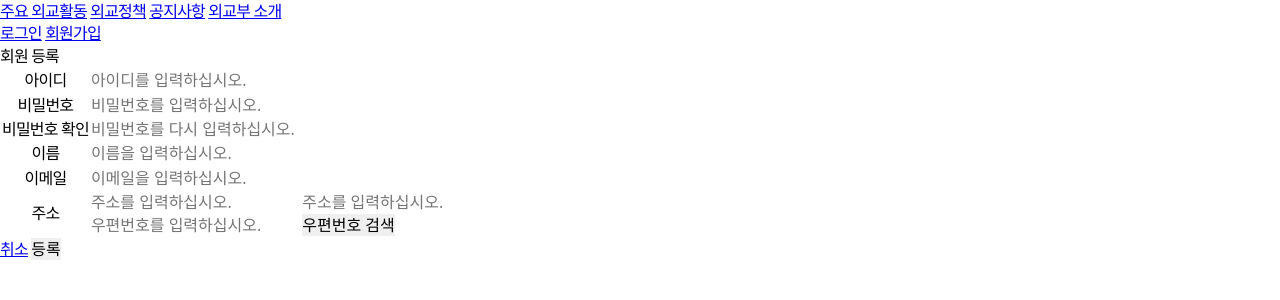
Repository: dllgkdud/pro07
Page: http://localhost/pro07/WEB-INF/views/users/add.jsp
The author's editor kept a copy of each file at every save. The page is drawn from the files as they stood at one save, then again after the next save.
The browser window is 1280 px wide. The pictures show the whole page.
Some web fonts or font styles are not loaded; a fallback is used. The page is served by Tomcat 9. Nobody is signed in. Other server files are loaded and not shown. The template is opened directly, without the code that normally fills it, so the values that code supplies are empty.

Above is the page before, as saved 2022-12-30 04:57:51.

### pro07/src/main/webapp/WEB-INF/views/users/add.jsp
<%@ page language="java" contentType="text/html; charset=UTF-8"
    pageEncoding="UTF-8"%>
<%@ taglib prefix="c" uri="http://java.sun.com/jsp/jstl/core"  %>
<%@ taglib prefix="fmt" uri="http://java.sun.com/jsp/jstl/fmt" %>
<%@ taglib prefix="fn" uri = "http://java.sun.com/jsp/jstl/functions" %>
<c:set var="path1" value="${pageContext.request.contextPath }" />
<!DOCTYPE html>
<html>
<head>
	<meta charset="UTF-8">
    <meta http-equiv="X-UA-Compatible" content="IE=edge">
    <meta name="viewport" content="width=device-width, initial-scale=1.0, user-scalable=no">
	<title>회원 등록 | 외교부</title>
	<jsp:include page="../common/head.jsp"></jsp:include>
</head>
<body>
<header><jsp:include page="../common/header.jsp"></jsp:include></header>
	<h2>회원 등록</h2>
	<!-- action="${path1 }/notice/add.do" method="post" -->
	<form >
		<table class="table">
			<tr>
				<th>아이디</th>
				<td>
					<input type="text" name="id" id="id" placeholder="아이디를 입력하십시오." required>
				</td>
			</tr>
			<tr>
				<th>비밀번호</th>
				<td><input type="password" name="pw" id="pw" placeholder="비밀번호를 입력하십시오." required></td>
			</tr>
			<tr>
				<th>비밀번호 확인</th>
				<td><input type="password" name="pw2" id="pw2" placeholder="비밀번호를 다시 입력하십시오." required></td>
			</tr>
			<tr>
				<th>이름</th>
				<td><input type="text" name="name" id="name" placeholder="이름을 입력하십시오." required></td>
			</tr>
			<tr>
				<th>이메일</th>
				<td><input type="email" name="email" id="email" placeholder="이메일을 입력하십시오." required></td>
			</tr>
			<tr>
				<th>주소</th>
				<td>
					<input type="text" name="address" id="address" placeholder="주소를 입력하십시오." required>
					<input type="text" name="address2" id="address2" placeholder="주소를 입력하십시오." required><br>
					<input type="text" name="postcode" id="postcode" placeholder="우편번호를 입력하십시오." required>
					<button id="button" onclick="findAddr()" class="button">우편번호 검색</button>
				</td>
			</tr>
		</table>
		<div class="button_group">
			<a href="${path1 }/users/list" class="reset_btn">취소</a>
			<input type="submit" class="submit_btn" value="등록">
		</div>
	</form>
</body>
</html>

### pro07/src/main/webapp/WEB-INF/views/common/head.jsp
<%@ page language="java" contentType="text/html; charset=UTF-8"
    pageEncoding="UTF-8"%>

    <!-- open graph -->
    <meta name="author" content="외교부" />
	<meta name="keywords" content="외교부,외교부,여권,비자,재외공관" />
	<meta name="description" content="외교부 홈페이지에 오신것을 환영합니다." />
	<meta property="og:type" content="website" />
	<meta property="og:title" content="외교부" />
	<meta property="og:site_name" content="외교부" />
	<meta property="og:description" content="외교부" />
	<meta property="og:url" content="https://dllgkdud.github.io/web07" />
	<meta property="og:image" content="http://localhost:8097/mofa/resources/assets/siteimg.png" />

	<!-- absolute path -->
	<link rel="shortcut icon" href="http://localhost:8097/mofa/resources/assets/icon/favicon.ico">
    <link rel="icon" type="image/png" href="http://localhost:8097/mofa/resources/assets/icon/favicon-16X16.png" sizes="16x16">
    <link rel="icon" type="image/png" href="http://localhost:8097/mofa/resources/assets/icon/favicon-32X32.png" sizes="32x32">
    <link rel="icon" type="image/png" href="http://localhost:8097/mofa/resources/assets/icon/favicon-48X48.png" sizes="48x48">

	<link rel="stylesheet" href="http://localhost:8097/mofa/resources/assets/css/default.css" type="text/css">
	<link rel="stylesheet" href="http://localhost:8097/mofa/resources/assets/css/main.css" type="text/css">

### pro07/src/main/webapp/WEB-INF/views/common/header.jsp
<%@ page language="java" contentType="text/html; charset=UTF-8"
    pageEncoding="UTF-8"%>
<%@ taglib prefix="c" uri="http://java.sun.com/jsp/jstl/core"  %>
<%@ taglib prefix="fmt" uri="http://java.sun.com/jsp/jstl/fmt" %>
<%@ taglib prefix="fn" uri = "http://java.sun.com/jsp/jstl/functions" %>
<c:set var="path1" value="${pageContext.request.contextPath }" />
<header>
	<div class="gnb">
		<a href="#">주요 외교활동</a>
		<a href="#">외교정책</a>
		<a href="${path1 }/notice/list">공지사항</a>
		<a href="#">외교부 소개</a>
	</div>
	<div class="tnb">
		<a href="#">로그인</a>
		<a href="${path1 }/user/add">회원가입</a>
	</div>
</header>

### pro07/src/main/webapp/resources/assets/css/default.css
/*# sourceURL=resources/assets/css/default.css */
@charset "UTF-8";

/* font */
/* bebas-neue-regular - latin-ext_latin */
@font-face { font-family: 'Bebas Neue'; font-style: normal; font-weight: 400; src: url("/www-new/css/../fonts/bebas-neue-v2-latin-ext_latin-regular.eot"); /* IE9 Compat Modes */ src: local(""), url("/www-new/css/../fonts/bebas-neue-v2-latin-ext_latin-regular.eot?#iefix") format("embedded-opentype"), url("/www-new/css/../fonts/bebas-neue-v2-latin-ext_latin-regular.woff2") format("woff2"), url("/www-new/css/../fonts/bebas-neue-v2-latin-ext_latin-regular.woff") format("woff"), url("/www-new/css/../fonts/bebas-neue-v2-latin-ext_latin-regular.ttf") format("truetype"), url("/www-new/css/../fonts/bebas-neue-v2-latin-ext_latin-regular.svg#BebasNeue") format("svg"); /* Legacy iOS */ }

/* playfair-display-regular - latin */
@font-face { font-family: 'Playfair Display'; font-style: normal; font-weight: 400; src: url("/www-new/css/../fonts/playfair-display-v22-latin-regular.eot"); /* IE9 Compat Modes */ src: local(""), url("/www-new/css/../fonts/playfair-display-v22-latin-regular.eot?#iefix") format("embedded-opentype"), url("/www-new/css/../fonts/playfair-display-v22-latin-regular.woff2") format("woff2"), url("/www-new/css/../fonts/playfair-display-v22-latin-regular.woff") format("woff"), url("/www-new/css/../fonts/playfair-display-v22-latin-regular.ttf") format("truetype"), url("/www-new/css/../fonts/playfair-display-v22-latin-regular.svg#PlayfairDisplay") format("svg"); /* Legacy iOS */ }
@font-face { font-family: 'Playfair Display'; font-style: normal; font-weight: 500; src: url("/www-new/css/../fonts/playfair-display-v22-latin-500.eot"); /* IE9 Compat Modes */ src: local(""), url("/www-new/css/../fonts/playfair-display-v22-latin-500.eot?#iefix") format("embedded-opentype"), url("/www-new/css/../fonts/playfair-display-v22-latin-500.woff2") format("woff2"), url("/www-new/css/../fonts/playfair-display-v22-latin-500.woff") format("woff"), url("/www-new/css/../fonts/playfair-display-v22-latin-500.ttf") format("truetype"), url("/www-new/css/../fonts/playfair-display-v22-latin-500.svg#PlayfairDisplay") format("svg"); /* Legacy iOS */ }
@font-face { font-family: 'Playfair Display'; font-style: normal; font-weight: 600; src: url("/www-new/css/../fonts/playfair-display-v22-latin-600.eot"); /* IE9 Compat Modes */ src: local(""), url("/www-new/css/../fonts/playfair-display-v22-latin-600.eot?#iefix") format("embedded-opentype"), url("/www-new/css/../fonts/playfair-display-v22-latin-600.woff2") format("woff2"), url("/www-new/css/../fonts/playfair-display-v22-latin-600.woff") format("woff"), url("/www-new/css/../fonts/playfair-display-v22-latin-600.ttf") format("truetype"), url("/www-new/css/../fonts/playfair-display-v22-latin-600.svg#PlayfairDisplay") format("svg"); /* Legacy iOS */ }

/* eb-garamond-regular - latin */
@font-face { font-family: 'EB Garamond'; font-style: normal; font-weight: 400; src: url("/www-new/css/../fonts/eb-garamond-v15-latin-regular.eot"); /* IE9 Compat Modes */ src: local(""), url("/www-new/css/../fonts/eb-garamond-v15-latin-regular.eot?#iefix") format("embedded-opentype"), url("/www-new/css/../fonts/eb-garamond-v15-latin-regular.woff2") format("woff2"), url("/www-new/css/../fonts/eb-garamond-v15-latin-regular.woff") format("woff"), url("/www-new/css/../fonts/eb-garamond-v15-latin-regular.ttf") format("truetype"), url("/www-new/css/../fonts/eb-garamond-v15-latin-regular.svg#EBGaramond") format("svg"); /* Legacy iOS */ }
@font-face { font-family: 'EB Garamond'; font-style: normal; font-weight: 500; src: url("/www-new/css/../fonts/eb-garamond-v15-latin-500.eot"); /* IE9 Compat Modes */ src: local(""), url("/www-new/css/../fonts/eb-garamond-v15-latin-500.eot?#iefix") format("embedded-opentype"), url("/www-new/css/../fonts/eb-garamond-v15-latin-500.woff2") format("woff2"), url("/www-new/css/../fonts/eb-garamond-v15-latin-500.woff") format("woff"), url("/www-new/css/../fonts/eb-garamond-v15-latin-500.ttf") format("truetype"), url("/www-new/css/../fonts/eb-garamond-v15-latin-500.svg#EBGaramond") format("svg"); /* Legacy iOS */ }
@font-face { font-family: 'EB Garamond'; font-style: normal; font-weight: 600; src: url("/www-new/css/../fonts/eb-garamond-v15-latin-600.eot"); /* IE9 Compat Modes */ src: local(""), url("/www-new/css/../fonts/eb-garamond-v15-latin-600.eot?#iefix") format("embedded-opentype"), url("/www-new/css/../fonts/eb-garamond-v15-latin-600.woff2") format("woff2"), url("/www-new/css/../fonts/eb-garamond-v15-latin-600.woff") format("woff"), url("/www-new/css/../fonts/eb-garamond-v15-latin-600.ttf") format("truetype"), url("/www-new/css/../fonts/eb-garamond-v15-latin-600.svg#EBGaramond") format("svg"); /* Legacy iOS */ }
@font-face { font-family: 'EB Garamond'; font-style: normal; font-weight: 700; src: url("/www-new/css/../fonts/eb-garamond-v15-latin-700.eot"); /* IE9 Compat Modes */ src: local(""), url("/www-new/css/../fonts/eb-garamond-v15-latin-700.eot?#iefix") format("embedded-opentype"), url("/www-new/css/../fonts/eb-garamond-v15-latin-700.woff2") format("woff2"), url("/www-new/css/../fonts/eb-garamond-v15-latin-700.woff") format("woff"), url("/www-new/css/../fonts/eb-garamond-v15-latin-700.ttf") format("truetype"), url("/www-new/css/../fonts/eb-garamond-v15-latin-700.svg#EBGaramond") format("svg"); /* Legacy iOS */ }

/* Noto Sans */
@font-face { font-family: 'Noto Sans'; font-weight: 200; font-style: normal; src: url("/www-new/css/../fonts/NotoSansKR-Light.eot"); src: local(��), url("/www-new/css/../fonts/NotoSansKR-Light.eot#iefix") format("embedded-opentype"), url("/www-new/css/../fonts/NotoSansKR-Light.woff") format("woff"), url("/www-new/css/../fonts/NotoSansKR-Light.otf") format("opentype"); }
@font-face { font-family: 'Noto Sans'; font-weight: 300; font-style: normal; src: url("/www-new/css/../fonts/NotoSansKR-DemiLight.eot"); src: local(��), url("/www-new/css/../fonts/NotoSansKR-DemiLight.eot#iefix") format("embedded-opentype"), url("/www-new/css/../fonts/NotoSansKR-DemiLight.woff") format("woff"), url("/www-new/css/../fonts/NotoSansKR-DemiLight.otf") format("opentype"); }
@font-face { font-family: 'Noto Sans'; font-weight: 400; font-style: normal; src: url("/www-new/css/../common/fonts/NotoSansKR-Regular.eot"); src: local(��), url("/www-new/css/../fonts/NotoSansKR-Regular.eot#iefix") format("embedded-opentype"), url("/www-new/css/../fonts/NotoSansKR-Regular.woff") format("woff"), url("/www-new/css/../fonts/NotoSansKR-Regular.otf") format("opentype"); }
@font-face { font-family: 'Noto Sans'; font-weight: 500; font-style: normal; src: url("/www-new/css/../fonts/NotoSansKR-Medium.eot"); src: local(��), url("/www-new/css/../fonts/NotoSansKR-Medium.eot#iefix") format("embedded-opentype"), url("/www-new/css/../fonts/NotoSansKR-Medium.woff") format("woff"), url("/www-new/css/../fonts/NotoSansKR-Medium.otf") format("opentype"); }
@font-face { font-family: 'Noto Sans'; font-weight: 700; font-style: normal; src: url("/www-new/css/../fonts/NotoSansKR-Bold.eot"); src: local(��), url("/www-new/css/../fonts/NotoSansKR-Bold.eot#iefix") format("embedded-opentype"), url("/www-new/css/../fonts/NotoSansKR-Bold.woff") format("woff"), url("/www-new/css/../fonts/NotoSansKR-Bold.otf") format("opentype"); }

/* reset.css */
html, body, div, span, iframe, h1, h2, h3, h4, h5, h6, p, a, abbr, address, em, img, small, strike, strong, sub, sup, var, b, u, i, center, dl, dt, dd, ul, ol, li, form, fieldset, legend, label, input, button, select, textarea, header, main, footer, section, article, aside, menu, nav, table, tbody, tfoot, thead, tr, th, td { margin: 0; padding: 0; border: 0; font-size: 100%; font: inherit; -webkit-box-sizing: border-box; box-sizing: border-box; }
html, body { width: 100%; height: 100%; }
body { font-size: 16px; line-height: 1.4; color: #000; letter-spacing: -0.05em; font-family: 'Open Sans','Noto Sans','sans-serif'; }


/* header */
.header {height: 145px;position: absolute;left: 0;top: 0;overflow: hidden;z-index: 100;background-color: #fff;width: 100%;}
.header:after { content: ''; display: block; clear: both; }
.header:before {position: absolute;left: 0;top: 146px;bottom: 0;width: 400px;height: calc(100% - 144px);background: #14296c url("/www-new/css/../images/common/bg_gnb.jpg") no-repeat right top/100% auto;content: '';}
.header .top_menu {width: 100%;height: 60px;margin: 0 auto;display: flex;align-items: center;justify-content: space-between;font-size: 12px; line-height: 30px; font-family: "Noto Sans", "sans-serif";/* border-bottom: 1px solid; */}
.header .top_menu:after { content: ''; display: block; clear: both; }

/* footer */

### pro07/src/main/webapp/resources/assets/css/main.css
/*# sourceURL=resources/assets/css/main.css */
@charset "UTF-8";

/* media */
@media screen and (max-width:767px) {
  body, html { margin: 0; padding: 0; }
  .container { display: flex; flex-direction: row; }
  .container .flex-wrap { flex-basis: 767px; }
  .player .viewer { max-width:100vw;d width:auto; }
  i > img {  max-width: 100vw; height: auto; }
  .east_area { display: block; }
}
@media screen and (min-width:768px) and (max-width:959px){
  body, html { margin: 0; padding: 0; }
  .player .viewer { max-width:100vw; width:auto; }
  i > img { max-width: 100vw; height: auto; }
}
@media screen and (min-width:960px) {
  body, html { margin: 0; padding: 0; }
  .player .viewer { max-width:100vw; width:auto; }
  i > img { min-width: 100vw;  height: auto; }
}

/* header */
.nav-tabs .nav-link { border: none; }
.nav-tabs .nav-link:hover { border-bottom: 2px solid #a47e4f; }

/* main */
.ml-3 { margin-left: 1rem!important; }
.sns_channel { white-space: nowrap; overflow-x: auto; overflow-y: hidden; font-size: 0; line-height: 0; }
.sns_channer > ol > li { padding: 2px; text-align: center; margin-right: 42px; width: 416px; display: inline-block;
vertical-align: top; line-height: 1.4; font-size: 16px; }
.sns_channel ol > li div[tabindex] { overflow-x: hidden; overflow-y: auto; width: 100%;
position: relative; z-index: 1; background-color: #fff; }
.center { text-align: center; }
.east_area > li.dokdo { background-image: url(https://www.mofa.go.kr/www-new/css/../images/main/bg_east_dokdo.png); }
.east_area > li { margin-bottom: 40px; height: 260px; padding: 43px 50px 0; position: relative;
background-repeat: no-repeat; background-size: cover; background-position: center; }
.east_area > li.sea { background-image: url(https://www.mofa.go.kr/www-new/css/../images/main/bg_east_sea.png); }
.east_area > li:last-of-type { margin-bottom: 0; }
.east_btn button { padding: 0.3em; background-color: rgba(0,0,0,0.2); color: #fff; border: 1px solid #fff; }
.east_btn button:hover { background-color: #fff; color: #222; }

/* breadcrumbs */
.breadcrumbs #bc:after { content:" > "; }
.breadcrumbs #bc:last-child { content:""; }

/* agree */
.agree { width: 90vw; white-space: pre-wrap; margin: 2rem 5rem; padding: 10px; border: 1px solid #eee; height: 400px; overflow-y: auto; }
.agree_ck { text-align: left; padding-left: 1rem; }
label[for="ck2"] { margin-bottom:1rem; }
label[for="ck3"] { margin-top:1rem; }

/* page */
#tit_eff { color: #0c3975; }
.his_info > ul { position: relative; padding-left: 50px; }
.his_info > ul:before { content: ''; position: absolute; left: 50px; top: 24px; width: 1px; height: 100%; background-color: #dfdfdf; }
li:before { position: absolute; left: 0; top: 0.6em; width: 5px; height: 2px; display: inline-block; content: ''; background-color: #a5b4c3; }

/* footer */
div.nav span { padding: 0.8rem; }

After the next save:
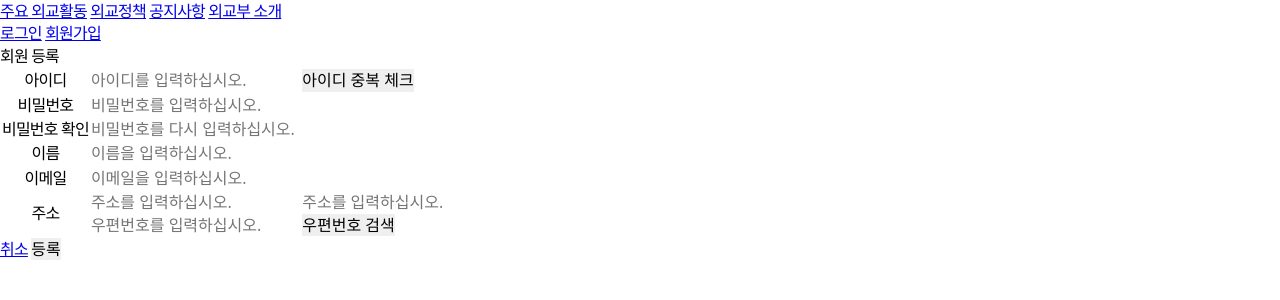
Saved 70 s later.
--- a/pro07/src/main/webapp/WEB-INF/views/users/add.jsp
+++ b/pro07/src/main/webapp/WEB-INF/views/users/add.jsp
@@ -23,6 +23,8 @@
 				<th>아이디</th>
 				<td>
 					<input type="text" name="id" id="id" placeholder="아이디를 입력하십시오." required>
+					<input type="button" id="idCkBtn" onclick="idCheck()" class="ck_btn" value="아이디 중복 체크">
+					<input type="hidden" name="idck" id="idck" value="no">
 				</td>
 			</tr>
 			<tr>
